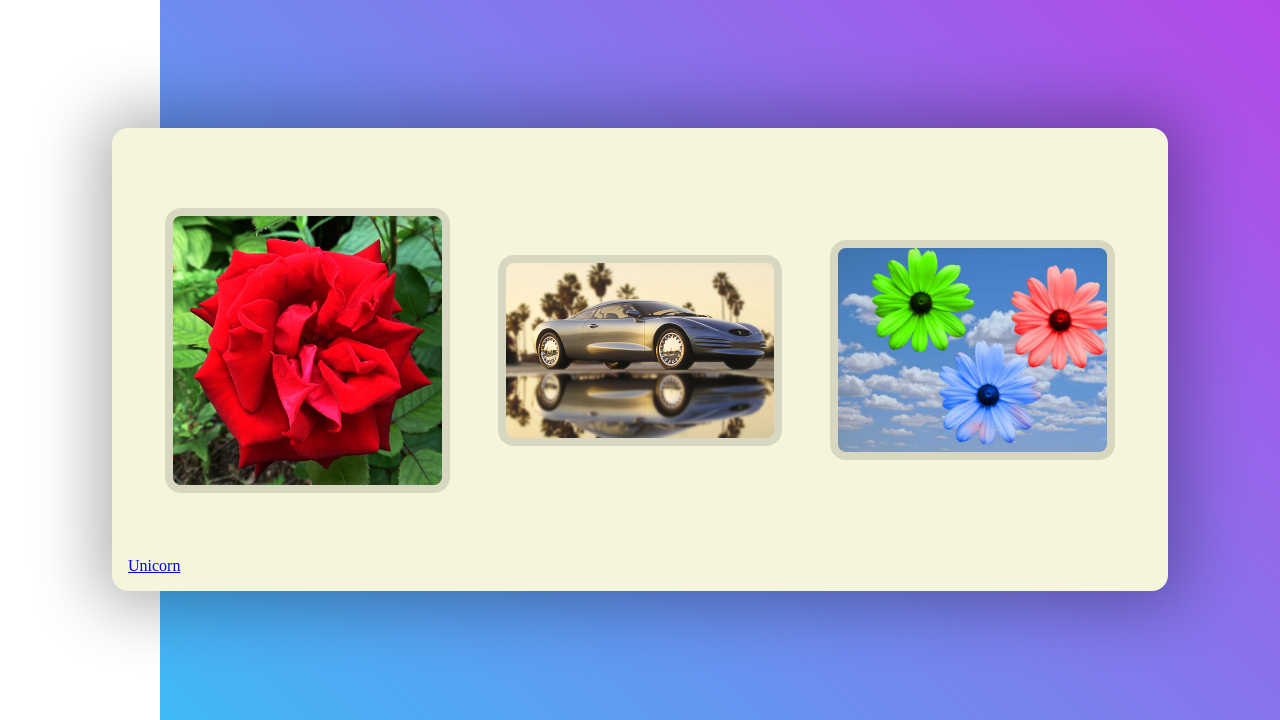
Repository: ViggoSkj/VGY
Page: ovningar/photoshopovning/photoshopovning.html
An editor plug-in stored every save of this project. The page is shown before and after the next save, followed by the edit.
The browser window is 1280 px wide. The pictures show the whole page.

Above is the page before, as saved 2022-11-27 12:17:49.

After the next save:
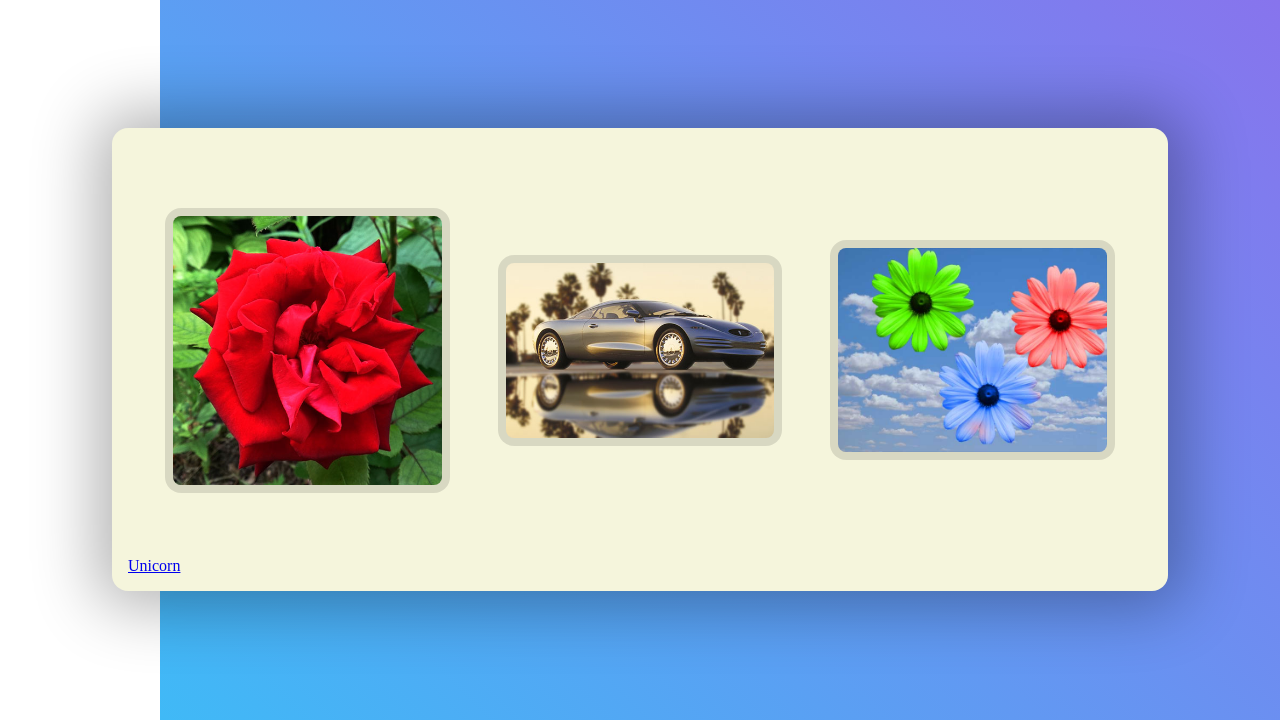
Saved 31 s later.
--- a/ovningar/photoshopovning/public/css/style.css
+++ b/ovningar/photoshopovning/public/css/style.css
@@ -1,6 +1,7 @@
 body
 {
     background-image: linear-gradient(45deg, rgb(0, 247, 255) -50%, rgb(255, 0, 221) 150%);
+    background-size: 200% 100%;
     display: flex;
     height: 100%;
     margin: 0;
